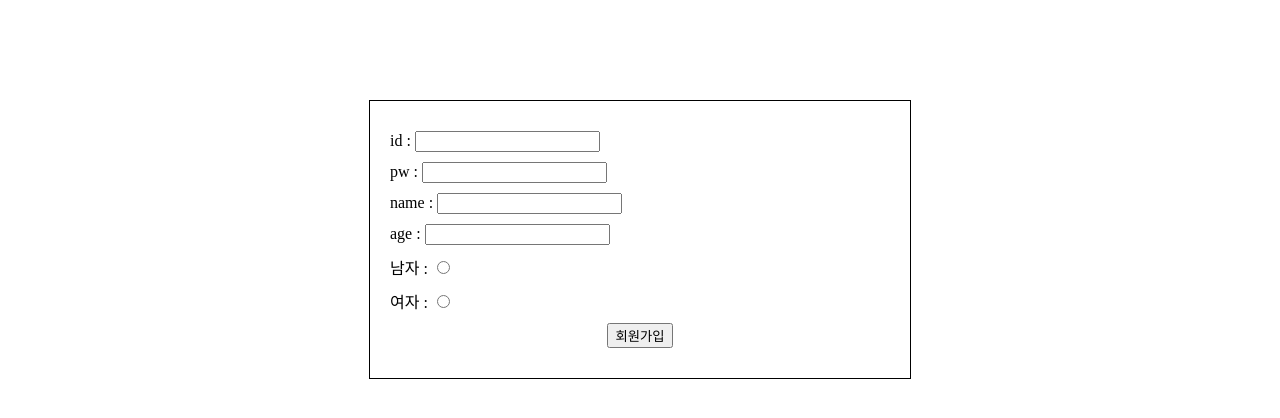
Repository: Kimth520/JSP-study
Page: http://localhost/day05_mvcTest/app/member/join.jsp
The author's editor kept a copy of each file at every save. The page is drawn from the files as they stood at one save, then again after the next save.
The browser window is 1280 px wide. The pictures show the whole page.
The page is served by Tomcat 9.

Above is the page before, as saved 2025-01-16 06:36:18.

After the next save:
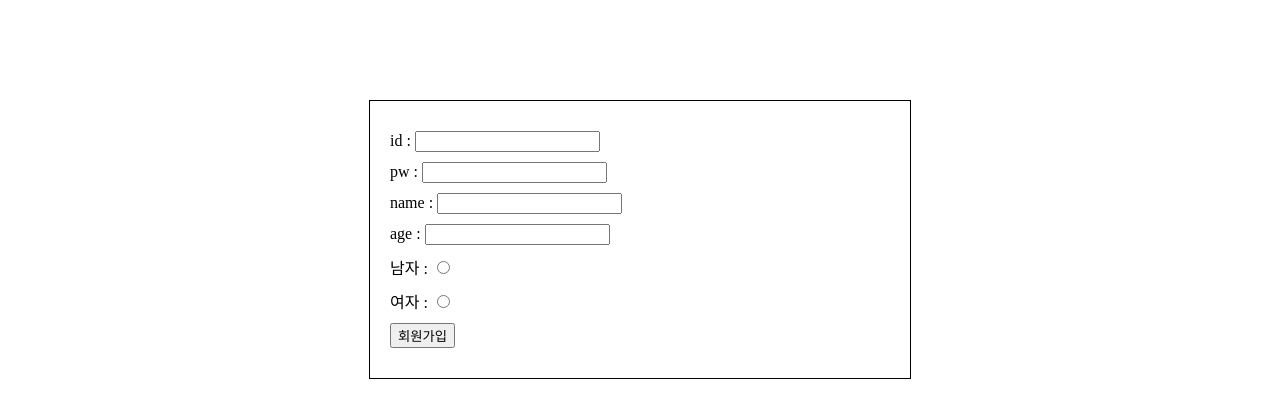
Saved 23 s later.
--- a/workspace/day05_mvcTest/src/main/webapp/assets/css/member/join.css
+++ b/workspace/day05_mvcTest/src/main/webapp/assets/css/member/join.css
@@ -11,5 +11,5 @@
 }
 
 .btn{
-	text-align : center;
+	text-align : left;
 }

After the save that followed:
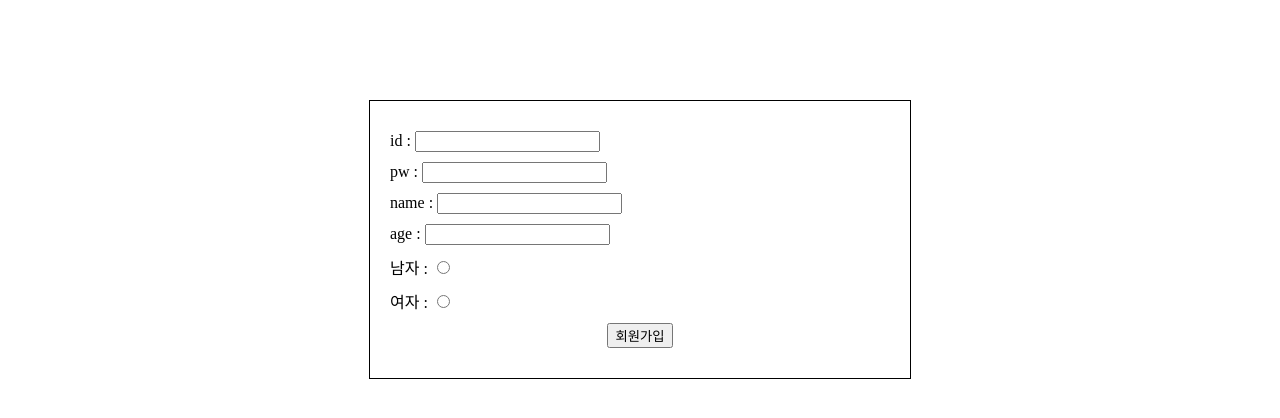
Saved 18 s later.
--- a/workspace/day05_mvcTest/src/main/webapp/assets/css/member/join.css
+++ b/workspace/day05_mvcTest/src/main/webapp/assets/css/member/join.css
@@ -11,5 +11,5 @@
 }
 
 .btn{
-	text-align : left;
+	text-align : center;
 }
